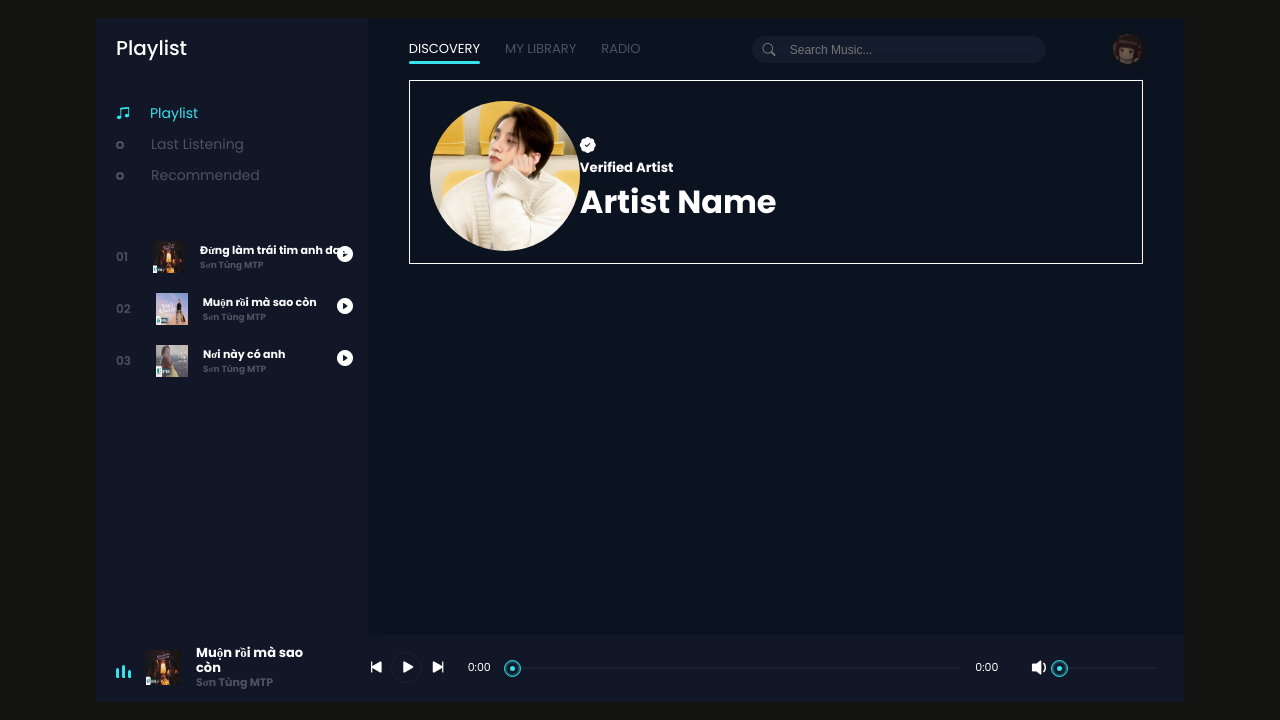
Repository: reminzuetto/Music-Website
Page: index.html
The author's editor kept a copy of each file at every save. The page is drawn from the files as they stood at one save, then again after the next save.
The browser window is 1280 px wide. The pictures show the whole page.

Above is the page before, as saved 2024-06-11 12:57:58.

After the next save:
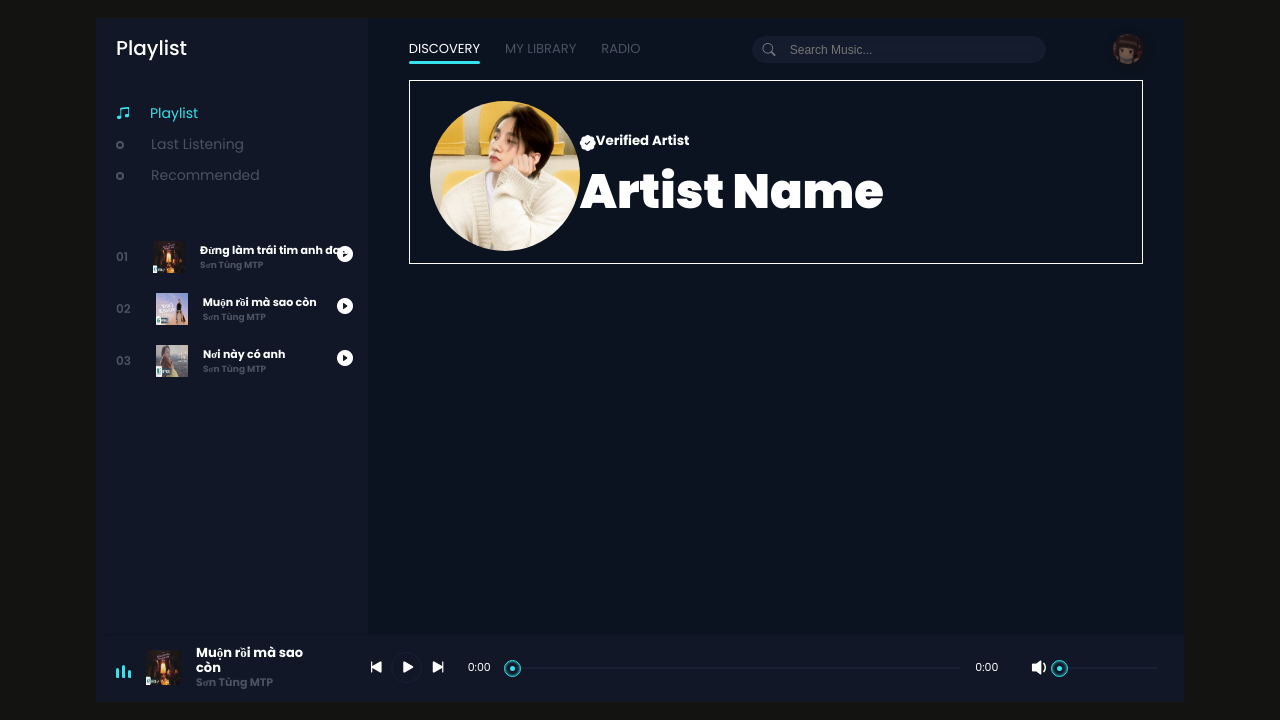
Saved 34 s later.
--- a/style.css
+++ b/style.css
@@ -488,15 +488,11 @@
   margin-left: 20px;
 }
 
-header
-  .song_side
-  .content
-  .artist_header
-  .verifiedArtist
-  header
-  .song_side
-  .content
-  h1 {
+header .song_side .content .artist_header .artist_infos .verified {
+  display: flex;
+}
+
+header .song_side .content h1 {
   font-size: 3rem;
   font-weight: 900;
 }
